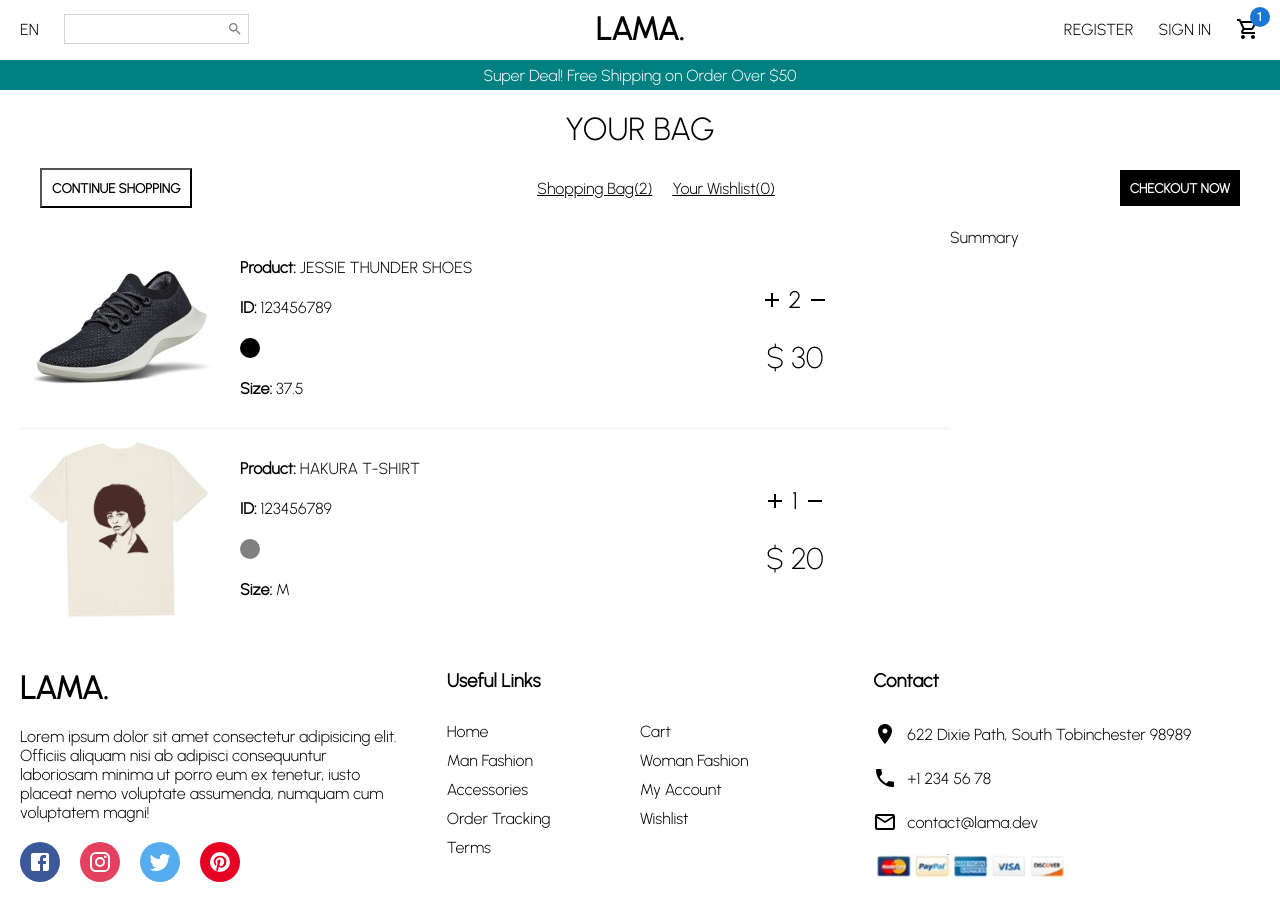
Repository: kmvaghela/ECOMMERCE
Page: /
These files come from the project's save history. The page is drawn as it stood at one moment and after the next save; the edit follows.
The browser window is 1280 px wide. The pictures show the whole page.
The project was rebuilt for these pictures with package versions that can differ from the ones it lists, and the page was loaded fresh each time. Also part of the build but not shown: src/data.js, src/components/CategoryItem.jsx, src/components/Categories.jsx, src/components/Product.jsx, src/components/Products.jsx, src/components/Slider.jsx, src/components/Newsletter.jsx, src/pages/Home.jsx and 4 more.

Above is the page before, as saved 2022-02-24 21:21:49.

After the next save:
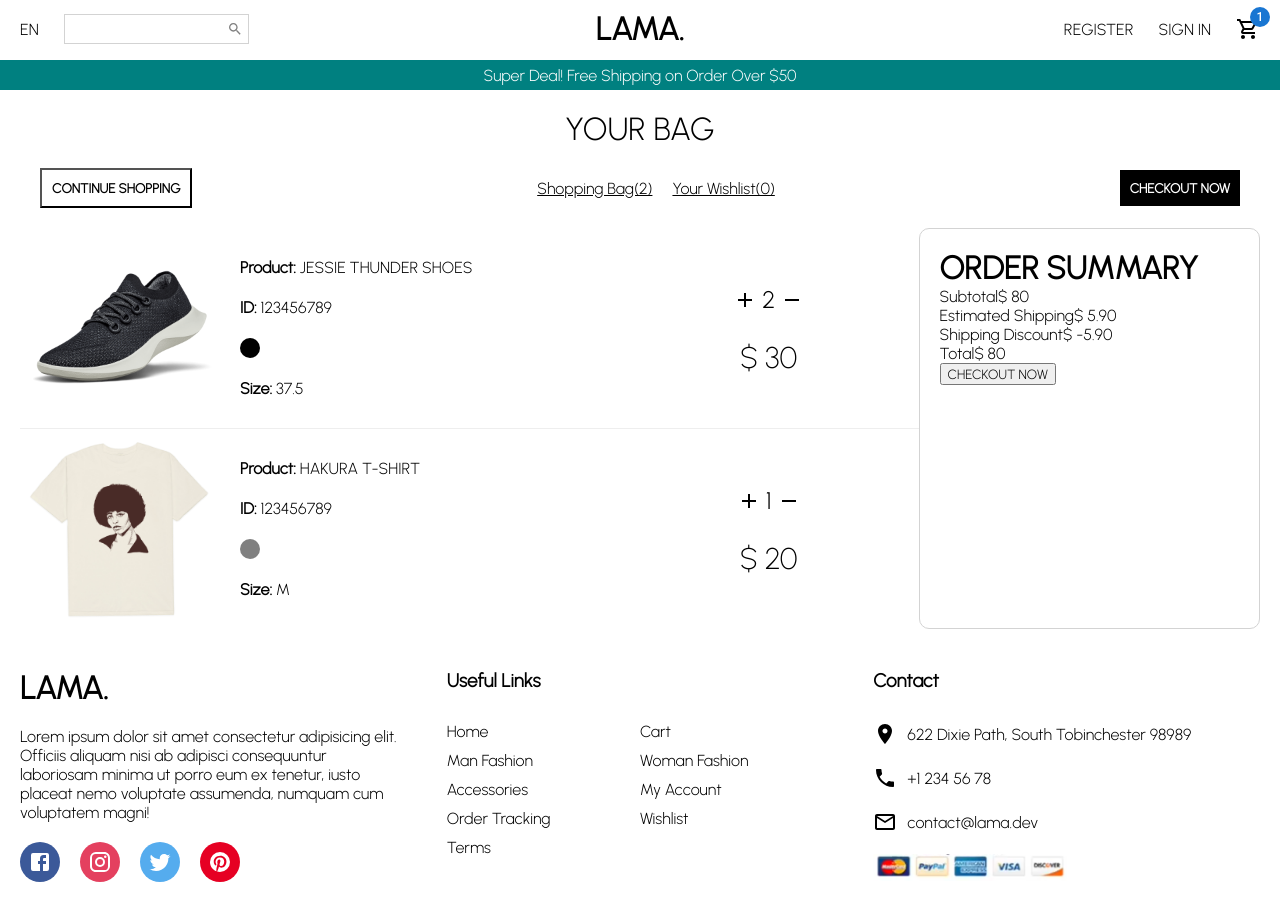
Saved 9 min 50 s later.
--- a/src/pages/Cart.jsx
+++ b/src/pages/Cart.jsx
@@ -54,6 +54,9 @@
 
 const Summary = styled.div`
   flex: 1;
+  border: 0.5px solid lightgray;
+  border-radius: 10px;
+  padding: 20px;
 `;
 
 const Product = styled.div`
@@ -120,6 +123,12 @@
   border: none;
   height: 1px;
 `;
+const SummaryTitle = styled.h1``;
+const SummaryItem = styled.div``;
+const SummaryItemText = styled.span``;
+const SummaryItemPrice = styled.span``;
+const Button = styled.button``;
+
 const Cart = () => {
   return (
     <Container>
@@ -189,7 +198,26 @@
               </PriceDetail>
             </Product>
           </Info>
-          <Summary>Summary</Summary>
+          <Summary>
+            <SummaryTitle>ORDER SUMMARY</SummaryTitle>
+            <SummaryItem>
+              <SummaryItemText>Subtotal</SummaryItemText>
+              <SummaryItemPrice>$ 80</SummaryItemPrice>
+            </SummaryItem>
+            <SummaryItem>
+              <SummaryItemText>Estimated Shipping</SummaryItemText>
+              <SummaryItemPrice>$ 5.90</SummaryItemPrice>
+            </SummaryItem>
+            <SummaryItem>
+              <SummaryItemText>Shipping Discount</SummaryItemText>
+              <SummaryItemPrice>$ -5.90</SummaryItemPrice>
+            </SummaryItem>
+            <SummaryItem>
+              <SummaryItemText type="total">Total</SummaryItemText>
+              <SummaryItemPrice>$ 80</SummaryItemPrice>
+            </SummaryItem>
+            <Button>CHECKOUT NOW</Button>
+          </Summary>
         </Bottom>
       </Wrapper>
       <Footer />
